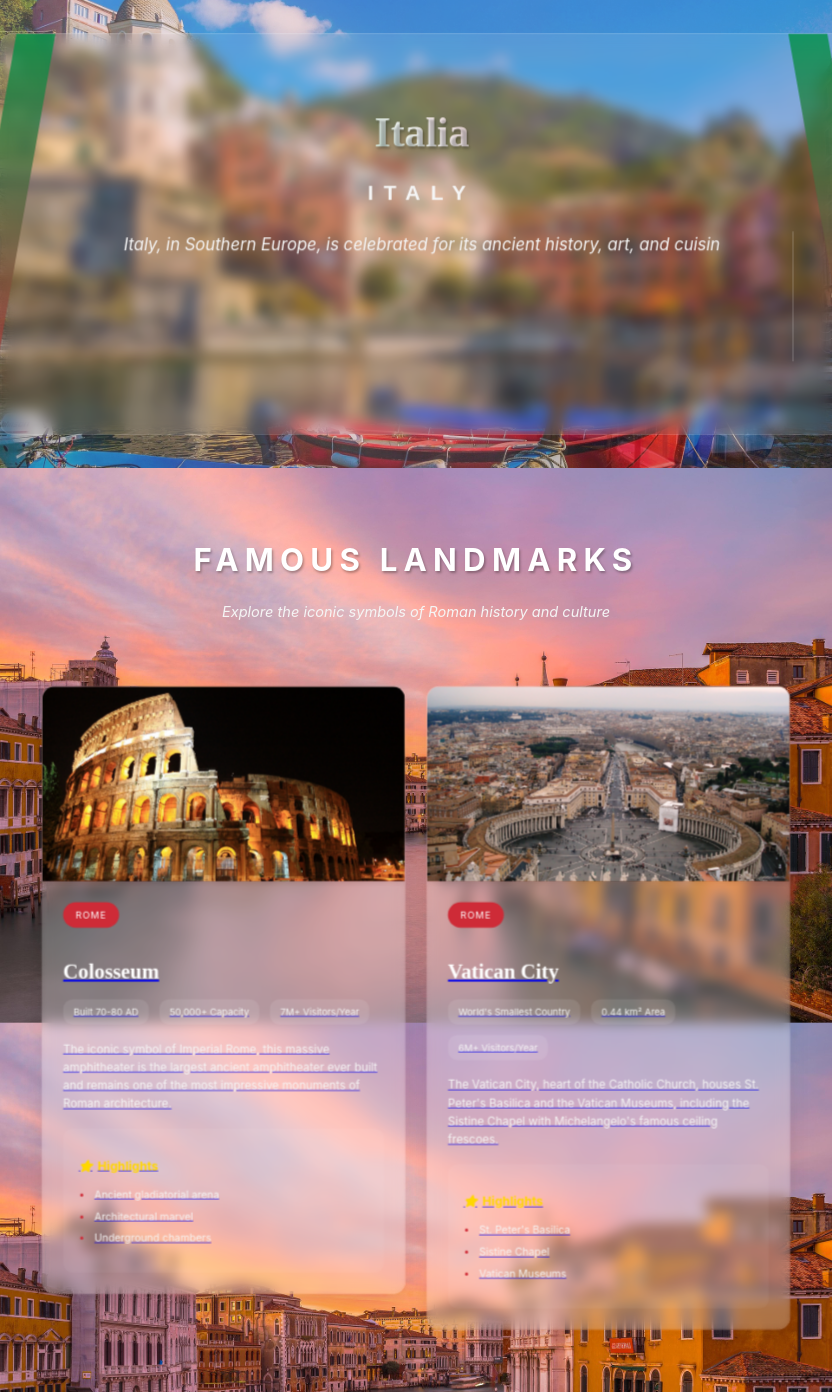
Repository: huang-heavenly-Emperor/NewYork
Page: italy.html
These files come from the project's save history. The page is drawn as it stood at one moment and after a run of saves; the edit follows.
The browser window is 1280 px wide. The pictures show the whole page, at 65% of full size.
Pictures or frames that could not be fetched are drawn as grey boxes. Backgrounds fixed to the window are drawn as part of the page.

Above is the page before, as saved 2025-02-19 15:17:27.

### italy.html
<!DOCTYPE html>
<html lang="en">

<head>
  <meta charset="UTF-8">
  <meta name="viewport" content="width=device-width, initial-scale=1.0">
  <title>Italy - Tour</title>
  <link rel="stylesheet" href="css/style.css">
  <link rel="stylesheet" href="css/italy.css">
  <link rel="stylesheet" href="css/animations.css">
  <link rel="stylesheet" href="lib/font-awesome.css">
</head>

<body>
  <!-- 开场动画 -->
  <div class="page-entrance">
    <div class="entrance-content">
      <h1 class="entrance-title">
        <span class="italian">Italia</span>
        <span class="english">Italy</span>
      </h1>
      <div class="entrance-line"></div>
      <p class="entrance-subtitle">Cradle of Renaissance</p>
    </div>
  </div>

  <!-- 主要内容区 -->
  <main class="main-content">
    <!-- 英雄横幅 -->
    <div class="hero-banner">
      <div class="overlay"></div>
      <div class="italian-pattern top"></div>
      <div class="italian-pattern bottom"></div>

      <!-- 卷轴容器 -->
      <div class="scroll-container">
        <div class="scroll-decoration left"></div>
        <div class="scroll-decoration right"></div>
        <div class="scroll-inner">
          <h1 class="city-title">
            <span class="italian">Italia</span>
            <span class="english">Italy</span>
          </h1>
          <div class="intro-quote typewriter-text" data-text="Italy, in Southern Europe, is celebrated for its ancient history, art, and cuisine. Rome, its capital, houses the Colosseum and Vatican City. Italy is the birthplace of the Renaissance, with masterpieces by Michelangelo and Leonardo da Vinci. Known for pizza, pasta, and wine, it also offers stunning landscapes like Tuscany and the Amalfi Coast.">
          </div>
        </div>
      </div>
    </div>

    <!-- 地标部分 -->
    <section class="continent-section">
      <div class="section-header">
        <h2 class="section-title">Famous Landmarks</h2>
        <p class="section-subtitle">Explore the iconic symbols of Roman history and culture</p>
      </div>

      <!-- 地标卡片网格 -->
      <div class="landmark-grid">
        <!-- 罗马斗兽场卡片 -->
        <a href="colosseum.html" class="landmark-link">
          <div class="landmark-card">
            <div class="landmark-image">
              <img src="images/colosseum.jpg" alt="Colosseum">
              <div class="image-overlay"></div>
            </div>
            <div class="landmark-content">
              <div class="content-inner">
                <span class="location-tag">Rome</span>
                <h2>Colosseum</h2>
                <div class="quick-info">
                  <span>Built 70-80 AD</span>
                  <span>50,000+ Capacity</span>
                  <span>7M+ Visitors/Year</span>
                </div>
                <p class="description">
                  The iconic symbol of Imperial Rome, this massive amphitheater is the largest ancient amphitheater ever built and remains one of the most impressive monuments of Roman architecture.
                </p>
                <div class="highlights">
                  <h3><i class="fas fa-star"></i> Highlights</h3>
                  <ul>
                    <li>Ancient gladiatorial arena</li>
                    <li>Architectural marvel</li>
                    <li>Underground chambers</li>
                  </ul>
                </div>
              </div>
            </div>
          </div>
        </a>

        <!-- 梵蒂冈卡片 -->
        <a href="vatican.html" class="landmark-link">
          <div class="landmark-card">
            <div class="landmark-image">
              <img src="images/vatican.jpg" alt="Vatican City">
              <div class="image-overlay"></div>
            </div>
            <div class="landmark-content">
              <div class="content-inner">
                <span class="location-tag">Rome</span>
                <h2>Vatican City</h2>
                <div class="quick-info">
                  <span>World's Smallest Country</span>
                  <span>0.44 km² Area</span>
                  <span>6M+ Visitors/Year</span>
                </div>
                <p class="description">
                  The Vatican City, heart of the Catholic Church, houses St. Peter's Basilica and the Vatican Museums, including the Sistine Chapel with Michelangelo's famous ceiling frescoes.
                </p>
                <div class="highlights">
                  <h3><i class="fas fa-star"></i> Highlights</h3>
                  <ul>
                    <li>St. Peter's Basilica</li>
                    <li>Sistine Chapel</li>
                    <li>Vatican Museums</li>
                  </ul>
                </div>
              </div>
            </div>
          </div>
        </a>
      </div>
    </section>
  </main>

  <script>
    document.addEventListener('DOMContentLoaded', function() {
      const typewriterText = document.querySelector('.typewriter-text');
      const text = typewriterText.getAttribute('data-text');
      typewriterText.textContent = '';

      let charIndex = 0;
      const typingSpeed = 50; // 打字速度（毫秒）

      function typeText() {
        if (charIndex < text.length) {
          typewriterText.textContent += text.charAt(charIndex);
          charIndex++;
          setTimeout(typeText, typingSpeed);
        } else {
          // 打字完成后添加类来隐藏光标
          typewriterText.classList.add('typing-complete');
        }
      }

      // 开始打字效果
      setTimeout(typeText, 1000); // 延迟1秒开始打字
    });
  </script>
</body>

</html>

### css/italy.css
:root {
    /* 主题颜色 */
    --italian-green: #009246;
    --italian-white: #FFFFFF;
    --italian-red: #CE2B37;
    --roman-gold: #FFD700;
    --marble-gray: #F5F5F5;
    --terracotta: #E76F51;
}

body {
    font-family: 'Inter', sans-serif;
    line-height: 1.6;
    color: var(--italian-white);

    overflow-x: hidden;
}

.main-content {
    position: relative;
    min-height: 100vh;

    opacity: 1;
    visibility: visible;
}

.hero-banner {
    position: relative;
    height: 100vh;
    display: flex;
    flex-direction: column;
    align-items: center;
    justify-content: center;
    overflow: hidden;
    background: url('../images/italy-bg.jpg') center/cover no-repeat;
    animation: zoomBackground 1.5s ease-out;
}

.overlay {
    position: absolute;
    top: 0;
    left: 0;
    width: 100%;
    height: 100%;
    background: url('../images/italy-bg2.jpg') center/cover no-repeat;
    opacity: 0.7;
    z-index: 1;
    animation: zoomOverlay 2s ease-out;
}

.italian-pattern {
    position: absolute;
    width: 100%;
    height: 100px;
    background-image: url('../images/roman-pattern.png');
    background-size: 50px;
    background-repeat: repeat;
    opacity: 0;
    z-index: 2;
    animation: patternFadeIn 2s ease-out forwards;
}

.italian-pattern.top {
    top: 0;
    transform: rotate(180deg);
}

.italian-pattern.bottom {
    bottom: 0;
}

.scroll-container {
    position: relative;
    max-width: 1200px;
    width: 90%;
    padding: 3rem;
    margin: 2rem auto;
    background: rgba(255, 255, 255, 0.1);
    backdrop-filter: blur(10px);
    border-radius: 20px;
    border: 1px solid rgba(255, 255, 255, 0.2);
    z-index: 3;
    opacity: 0;
    transform: translateY(30px);
    animation: slideUp 1s ease-out forwards;
}

.scroll-decoration {
    position: absolute;
    width: 60px;
    height: 100%;
    top: 0;
    background: linear-gradient(
        to bottom,
        var(--italian-green),
        var(--italian-red)
    );
    opacity: 0.8;
    z-index: -1;
}

.scroll-decoration.left {
    left: -30px;
    transform: skew(-10deg);
}

.scroll-decoration.right {
    right: -30px;
    transform: skew(10deg);
}

.scroll-inner {
    text-align: center;
    padding: 2rem;
}

.city-title {
    margin-bottom: 2rem;
}

.city-title .italian {
    display: block;
    font-size: 5rem;
    color: var(--italian-white);
    text-shadow: 2px 2px 4px rgba(0, 0, 0, 0.3);
    margin-bottom: 1rem;
    opacity: 0;
    transform: translateY(20px);
    animation: titleReveal 1s ease-out forwards;
    animation-delay: 0.5s;
    font-family: 'Playfair Display', serif;
    background: linear-gradient(45deg,
        var(--italian-green),
        var(--italian-white),
        var(--italian-red)
    );
    -webkit-background-clip: text;
    -webkit-text-fill-color: transparent;
}

.city-title .english {
    display: block;
    font-size: 2.5rem;
    color: var(--marble-gray);
    text-transform: uppercase;
    letter-spacing: 0.5em;
    opacity: 0;
    transform: translateY(20px);
    animation: titleReveal 1s ease-out forwards;
    animation-delay: 0.8s;
    font-family: 'Montserrat', sans-serif;
}

.intro-quote {
    font-size: 1.8rem;
    font-style: italic;
    color: var(--marble-gray);
    margin: 2rem 0;
    opacity: 1;
    min-height: 200px;
    position: relative;
    padding: 0 2rem;
}

.typewriter-text::before {
    content: '';
    position: absolute;
    top: 0;
    right: -4px;
    width: 2px;
    height: 100%;
    background-color: var(--marble-gray);
    animation: cursorBlink 0.8s infinite;
}

.typewriter-text.typing-complete::before {
    display: none;
}

.continent-section {
    padding: 4rem 2rem;
    background: url('../images/italy-bg.jpg') center/cover no-repeat fixed;
}

.section-header {
    text-align: center;
    margin-bottom: 4rem;
}

.section-title {
    font-size: 3rem;
    color: var(--italian-white);
    margin-bottom: 1rem;
    text-transform: uppercase;
    letter-spacing: 0.2em;
    text-shadow: 2px 2px 4px rgba(0, 0, 0, 0.3);
}

.section-subtitle {
    font-size: 1.4rem;
    color: var(--marble-gray);
    font-style: italic;
}

.landmark-grid {
    display: grid;
    grid-template-columns: repeat(auto-fit, minmax(300px, 1fr));
    gap: 2rem;
    max-width: 1200px;
    margin: 0 auto;
    padding: 2rem;
}

.landmark-card {
    position: relative;
    background: rgba(255, 255, 255, 0.1);
    backdrop-filter: blur(10px);
    border-radius: 20px;
    overflow: hidden;
    transition: all 0.5s cubic-bezier(0.4, 0, 0.2, 1);
    border: 1px solid rgba(255, 255, 255, 0.2);
    box-shadow: 0 8px 32px rgba(0, 0, 0, 0.1);
}

.landmark-card:hover {
    transform: translateY(-15px) scale(1.02);
    box-shadow:
        0 15px 45px rgba(0, 0, 0, 0.2),
        0 0 30px rgba(255, 255, 255, 0.1);
    border: 1px solid rgba(255, 255, 255, 0.3);
}

.landmark-image {
    position: relative;
    width: 100%;
    height: 300px;
    overflow: hidden;
}

.landmark-image img {
    width: 100%;
    height: 100%;
    object-fit: cover;
    transition: transform 0.8s cubic-bezier(0.4, 0, 0.2, 1);
}

.landmark-card:hover .landmark-image img {
    transform: scale(1.1);
}

.image-overlay {
    position: absolute;
    top: 0;
    left: 0;
    width: 100%;
    height: 100%;
    background: linear-gradient(
        to bottom,
        transparent 0%,
        rgba(0, 0, 0, 0.4) 50%,
        rgba(0, 0, 0, 0.8) 100%
    );
    opacity: 0;
    transition: opacity 0.5s ease;
}

.landmark-card:hover .image-overlay {
    opacity: 1;
}

.landmark-content {
    padding: 2rem;
    background: rgba(255, 255, 255, 0.1);
    backdrop-filter: blur(5px);
}

.location-tag {
    display: inline-block;
    padding: 0.5rem 1.2rem;
    background: var(--italian-red);
    color: var(--italian-white);
    border-radius: 20px;
    font-size: 0.9rem;
    margin-bottom: 1rem;
    text-transform: uppercase;
    letter-spacing: 0.1em;
}

.landmark-content h2 {
    font-size: 2rem;
    color: var(--italian-white);
    margin-bottom: 1rem;
    font-family: 'Playfair Display', serif;
}

.quick-info {
    display: flex;
    gap: 1rem;
    flex-wrap: wrap;
    margin-bottom: 1rem;
}

.quick-info span {
    background: rgba(255, 255, 255, 0.1);
    padding: 0.5rem 1rem;
    border-radius: 15px;
    font-size: 0.9rem;
    color: var(--marble-gray);
}

.description {
    font-size: 1.1rem;
    color: var(--marble-gray);
    margin: 1.5rem 0;
    line-height: 1.6;
}

.highlights {
    background: rgba(255, 255, 255, 0.05);
    padding: 1.5rem;
    border-radius: 15px;
}

.highlights h3 {
    color: var(--roman-gold);
    margin-bottom: 1rem;
    display: flex;
    align-items: center;
    gap: 0.5rem;
}

.highlights ul {
    list-style: none;
    padding: 0;
}

.highlights li {
    color: var(--marble-gray);
    margin-bottom: 0.5rem;
    padding-left: 1.5rem;
    position: relative;
}

.highlights li::before {
    content: '•';
    color: var(--italian-red);
    position: absolute;
    left: 0;
}

/* 动画关键帧 */
@keyframes fadeIn {
    from { opacity: 0; }
    to { opacity: 1; }
}

@keyframes patternFadeIn {
    from { opacity: 0; }
    to { opacity: 0.1; }
}

@keyframes slideUp {
    from {
        opacity: 0;
        transform: translateY(30px);
    }
    to {
        opacity: 1;
        transform: translateY(0);
    }
}

@keyframes titleReveal {
    from {
        opacity: 0;
        transform: translateY(20px);
    }
    to {
        opacity: 1;
        transform: translateY(0);
    }
}

@keyframes cardReveal {
    from {
        opacity: 0;
        transform: translateY(20px);
    }
    to {
        opacity: 1;
        transform: translateY(0);
    }
}

@keyframes cursorBlink {
    0%, 100% { opacity: 1; }
    50% { opacity: 0; }
}

/* 响应式设计 */
@media (max-width: 1400px) {
    .scroll-container {
        width: 95%;
    }

    .city-title .italian {
        font-size: 4rem;
    }

    .city-title .english {
        font-size: 2rem;
    }

    .intro-quote {
        font-size: 1.6rem;
    }
}

@media (max-width: 768px) {
    .scroll-container {
        padding: 2rem;
    }

    .scroll-decoration {
        width: 30px;
    }

    .city-title .italian {
        font-size: 3rem;
    }

    .city-title .english {
        font-size: 1.5rem;
    }

    .intro-quote {
        font-size: 1.4rem;
    }

    .landmark-grid {
        grid-template-columns: 1fr;
    }
}

@media (max-width: 480px) {
    .scroll-container {
        padding: 1.5rem;
    }

    .city-title .italian {
        font-size: 2.5rem;
    }

    .city-title .english {
        font-size: 1.2rem;
    }

    .intro-quote {
        font-size: 1.2rem;
    }

    .landmark-content {
        padding: 1.5rem;
    }
}

### css/animations.css
/* Opening animation */
@keyframes fadeInScale {
  0% {
    opacity: 0;
    transform: scale(0.9);
  }
  50% {
    opacity: 0.5;
    transform: scale(1.02);
  }
  100% {
    opacity: 1;
    transform: scale(1);
  }
}

@keyframes slideInFromBottom {
  0% {
    opacity: 0;
    transform: translate(-50%, 50px);
  }
  60% {
    opacity: 0.8;
    transform: translate(-50%, -5px);
  }
  80% {
    transform: translate(-50%, 2px);
  }
  100% {
    opacity: 1;
    transform: translate(-50%, 0);
  }
}

@keyframes slideInFromTop {
  0% {
    opacity: 0;
    transform: translateY(-30px);
  }
  100% {
    opacity: 1;
    transform: translateY(0);
  }
}

@keyframes fadeInRotate {
  0% {
    opacity: 0;
    transform: rotate(-10deg) scale(0.95);
  }
  100% {
    opacity: 1;
    transform: rotate(0) scale(1);
  }
}

/* Navigation bar animation */
.main-nav {
  animation: slideInFromTop 0.8s cubic-bezier(0.34, 1.56, 0.64, 1);
}

.nav-links li {
  opacity: 0;
  animation: fadeInRotate 0.6s cubic-bezier(0.34, 1.56, 0.64, 1) forwards;
}

.nav-links li:nth-child(1) { animation-delay: 0.2s; }
.nav-links li:nth-child(2) { animation-delay: 0.3s; }
.nav-links li:nth-child(3) { animation-delay: 0.4s; }
.nav-links li:nth-child(4) { animation-delay: 0.5s; }

/* Navigation link hover effect */
.nav-links a {
  transition: all 0.3s cubic-bezier(0.34, 1.56, 0.64, 1);
}

.nav-links a:hover {
  transform: translateY(-2px) scale(1.05);
  text-shadow: 0 2px 4px rgba(0, 0, 0, 0.2);
}

/* Rocket animation */
.rocketManSVG {
  opacity: 0;
  animation: fadeInScale 1s cubic-bezier(0.23, 1, 0.32, 1) 1s forwards;
}

/* Star animation */
.star {
  opacity: 0;
  animation: fadeInRotate 0.8s cubic-bezier(0.34, 1.56, 0.64, 1) forwards;
}

.starContainer .star:nth-child(odd) {
  animation-delay: 0.5s;
}

.starContainer .star:nth-child(even) {
  animation-delay: 0.7s;
}

/* Satellite animation */
.satellite {
  opacity: 0;
  animation: fadeInScale 1s cubic-bezier(0.23, 1, 0.32, 1) 1.2s forwards;
}

/* Title animation */
.demo--dancing-shadows__title {
  animation: fadeInScale 1.8s cubic-bezier(0.23, 1, 0.32, 1);
}

.text-wrapper {
  animation: fadeInScale 2s cubic-bezier(0.23, 1, 0.32, 1) 0.2s backwards;
}

/* CTA button animation */
.cta-wrapper {
  position: fixed;
  bottom: 50px;
  left: 50%;
  transform: translateX(-50%);
  z-index: 1000;
  animation: slideInFromBottom 1.2s cubic-bezier(0.34, 1.56, 0.64, 1) 1.5s backwards;
  opacity: 1;
}

.cta-button {
  transition: all 0.5s cubic-bezier(0.34, 1.56, 0.64, 1);
  will-change: transform;
  position: relative;
  z-index: 1000;
  opacity: 1;
}

.cta-button:hover {
  transform: translateY(-6px) scale(1.03);
  box-shadow: 0 12px 35px rgba(255, 107, 107, 0.4);
  background: linear-gradient(135deg,
    rgba(255, 127, 127, 0.98),
    rgba(255, 127, 167, 0.98)
  );
  letter-spacing: 1px;
}

.cta-button:active {
  transform: translateY(-2px) scale(0.98);
  box-shadow: 0 6px 20px rgba(255, 107, 107, 0.4);
  transition: all 0.2s cubic-bezier(0.34, 1.56, 0.64, 1);
}

/* Text hover effect */
.text-item {
  transition: all 0.4s cubic-bezier(0.34, 1.56, 0.64, 1);
  will-change: transform;
}

.text-item:hover {
  transform: translateY(-4px) scale(1.08);
  text-shadow: 0 0.15rem black,
               0 0.25rem black,
               0 0.35rem black,
               0 0.45rem black,
               0 0.65rem black,
               0 0.75rem rgba(255, 255, 255, 0.8),
               0 0.85rem rgba(255, 255, 255, 0.6);
}

/* Background animation effect */
.demo--dancing-shadows__title:before {
  transition: all 0.8s cubic-bezier(0.23, 1, 0.32, 1);
}

.demo--dancing-shadows__title:hover:before {
  filter: hue-rotate(25deg) brightness(1.15);
}

/* 页面开场动画 */
.page-entrance {
    position: fixed;
    top: 0;
    left: 0;
    width: 100%;
    height: 100%;
    background: #000;
    z-index: 9999;
    display: flex;
    justify-content: center;
    align-items: center;
    animation: fadeOut 0.5s ease forwards 2.5s;
}

.entrance-content {
    text-align: center;
    opacity: 0;
    animation: contentFadeIn 0.8s ease forwards 0.5s;
}

.entrance-title {
    font-size: 4rem;
    color: transparent;
    position: relative;
    margin-bottom: 1rem;
}

.entrance-title .chinese {
    display: block;
    font-family: "STKaiti", "楷体", serif;
    font-size: 5rem;
    background: linear-gradient(120deg, #FFD700, #FFA500);
    -webkit-background-clip: text;
    background-clip: text;
    opacity: 0;
    transform: translateY(20px);
    animation: titleReveal 0.8s ease forwards 0.8s;
}

.entrance-title .english {
    display: block;
    font-family: "Playfair Display", serif;
    font-size: 2.5rem;
    color: #fff;
    opacity: 0;
    transform: translateY(20px);
    animation: titleReveal 0.8s ease forwards 1.2s;
}

.entrance-line {
    width: 0;
    height: 2px;
    background: linear-gradient(90deg,
        transparent,
        #FFD700,
        #FFA500,
        #FFD700,
        transparent
    );
    margin: 20px auto;
    animation: lineGrow 0.6s ease forwards 1.6s;
}

.entrance-subtitle {
    font-size: 1.2rem;
    color: rgba(255, 255, 255, 0.8);
    opacity: 0;
    transform: translateY(20px);
    animation: titleReveal 0.8s ease forwards 1.8s;
}

/* 开场动画关键帧 */
@keyframes fadeOut {
    to {
        opacity: 0;
        visibility: hidden;
    }
}

@keyframes contentFadeIn {
    from {
        opacity: 0;
        transform: translateY(30px);
    }
    to {
        opacity: 1;
        transform: translateY(0);
    }
}

@keyframes titleReveal {
    from {
        opacity: 0;
        transform: translateY(20px);
    }
    to {
        opacity: 1;
        transform: translateY(0);
    }
}

@keyframes lineGrow {
    from {
        width: 0;
    }
    to {
        width: 300px;
    }
}

/* 页面内容延迟显示 */
.content-delay {
    opacity: 0;
    animation: contentAppear 1s ease forwards 3s;
}

@keyframes contentAppear {
    to {
        opacity: 1;
    }
}

### lib/font-awesome.css
@font-face {
    font-family: 'Font Awesome 6 Free';
    font-style: normal;
    font-weight: 900;
    src: url('webfonts/fa-solid-900.woff2') format('woff2');
}

.fas {
    font-family: 'Font Awesome 6 Free';
    font-weight: 900;
}

.fa-home:before {
    content: "\f015";
}

.fa-globe-americas:before {
    content: "\f57d";
}

.fa-torii-gate:before {
    content: "\f6a1";
}

.fa-sun:before {
    content: "\f185";
}

.fa-landmark:before {
    content: "\f66f";
}

.fa-flag-usa:before {
    content: "\f74d";
}

.fa-star:before {
    content: "\f005";
}

.fa-chart-line:before {
    content: "\f201";
}

.fa-city:before {
    content: "\f64f";
}

.fa-tree:before {
    content: "\f1bb";
}

.fa-theater-masks:before {
    content: "\f630";
}

.fa-ellipsis-h:before {
    content: "\f141";
}

.fa-camera:before {
    content: "\f030";
}

.fa-print:before {
    content: "\f02f";
}

.fa-arrow-left:before {
    content: "\f060";
}

Loaded but not shown: css/style.css (502 lines, source omitted)

After the next 2 saves:
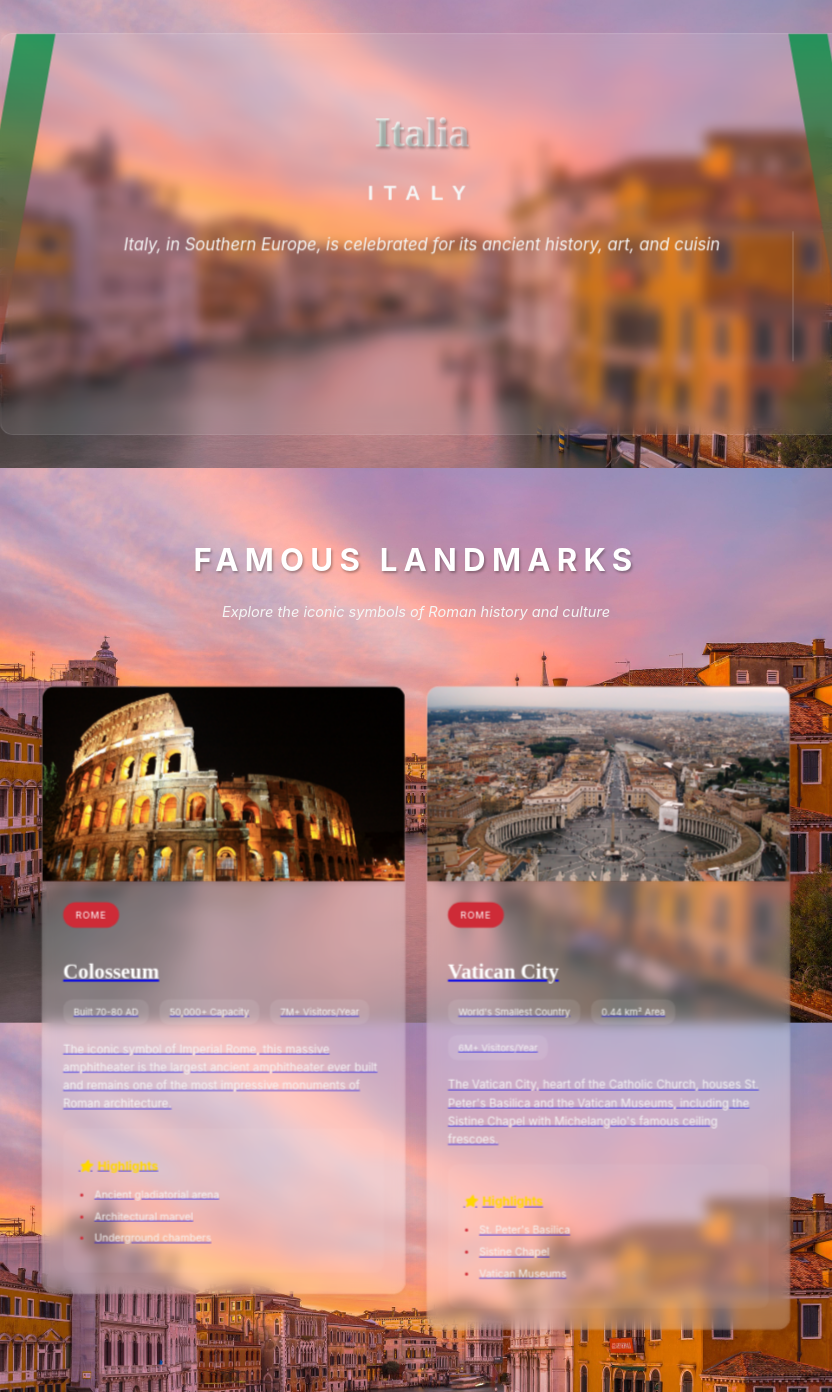
The 2 saves are shown as one change because they came seconds apart.
The last was saved 61 s later.
--- a/css/italy.css
+++ b/css/italy.css
@@ -12,7 +12,7 @@ body {
     font-family: 'Inter', sans-serif;
     line-height: 1.6;
     color: var(--italian-white);
-
+    background: url('../images/italy-bg2.jpg') center/cover no-repeat;
     overflow-x: hidden;
 }
 
@@ -42,7 +42,7 @@ body {
     left: 0;
     width: 100%;
     height: 100%;
-    background: url('../images/italy-bg2.jpg') center/cover no-repeat;
+
     opacity: 0.7;
     z-index: 1;
     animation: zoomOverlay 2s ease-out;
